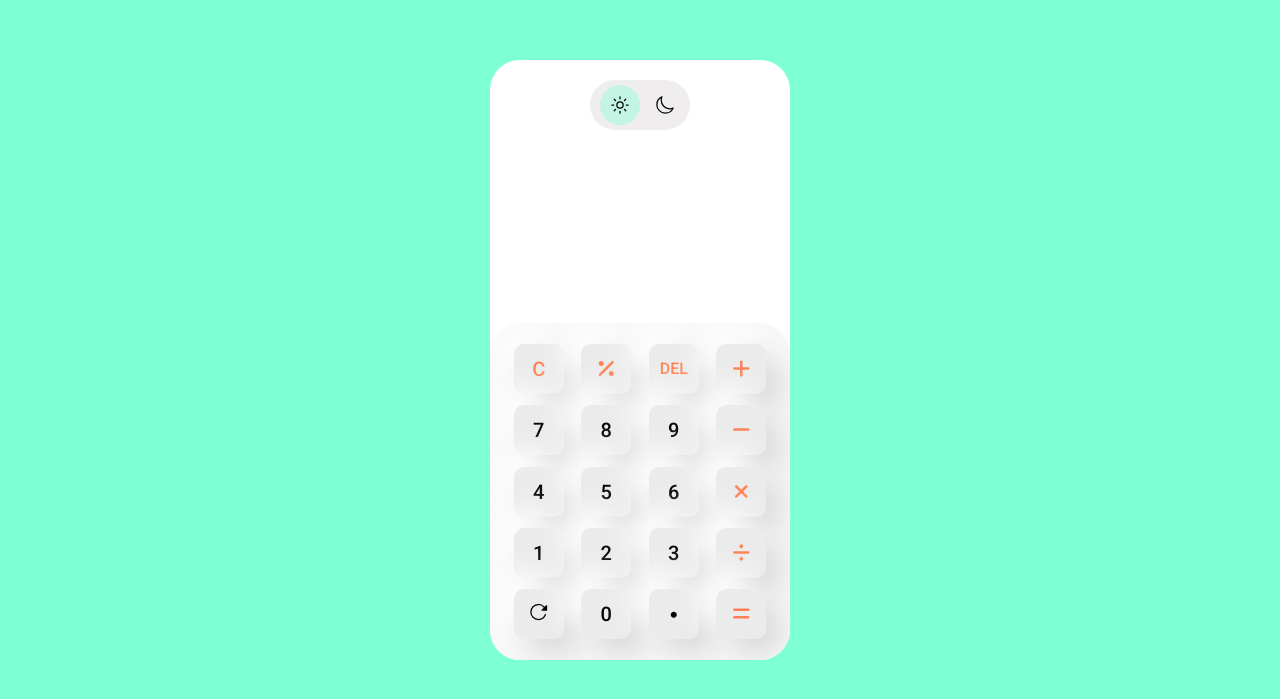
Repository: dinhtri123/caculator-app
Page: index.html
The author's editor kept a copy of each file at every save. The page is drawn from the files as they stood at one save, then again after a run of saves.
The browser window is 1280 px wide. The pictures show the whole page.

Above is the page before, as saved 2023-01-03 21:11:09.

### index.html
<!DOCTYPE html>
<html lang="en" data-theme="light">
  <head>
    <meta charset="UTF-8" />
    <meta http-equiv="X-UA-Compatible" content="IE=edge" />
    <meta name="viewport" content="width=device-width, initial-scale=1.0" />
    <title>Caculator App</title>
    <script
      type="module"
      src="https://unpkg.com/ionicons@5.5.2/dist/ionicons/ionicons.esm.js"
    ></script>
    <script
      nomodule
      src="https://unpkg.com/ionicons@5.5.2/dist/ionicons/ionicons.js"
    ></script>
    <link
      rel="stylesheet"
      href="https://cdnjs.cloudflare.com/ajax/libs/font-awesome/6.2.1/css/all.min.css"
      integrity="sha512-MV7K8+y+gLIBoVD59lQIYicR65iaqukzvf/nwasF0nqhPay5w/9lJmVM2hMDcnK1OnMGCdVK+iQrJ7lzPJQd1w=="
      crossorigin="anonymous"
      referrerpolicy="no-referrer"
    />
    <link rel="stylesheet" href="style.css" />
  </head>
  <body>
    <div class="wrapper">
      <div class="mode">
        <div class="button-mode light active-mode">
          <ion-icon name="sunny-outline" class="icon-mode"></ion-icon>
        </div>
        <div class="button-mode dark">
          <ion-icon name="moon-outline" class="icon-mode"></ion-icon>
        </div>
      </div>
      <div class="main">
        <div class="display">
          <div class="show"></div>
          <div class="result"></div>
        </div>
        <div class="caculator">
          <div>
            <button class="btn clear operator">C</button>
          </div>
          <div>
            <button value="%" class="btn operator">
              <i class="fa-solid fa-percent"></i>
            </button>
          </div>
          <div>
            <button class="btn delete operator">DEL</button>
          </div>
          <div>
            <button value="+" class="btn">
              <i class="fa-solid fa-plus operator"></i>
            </button>
          </div>
          <div>
            <button value="7" class="btn">7</button>
          </div>
          <div>
            <button value="8" class="btn">8</button>
          </div>
          <div>
            <button value="9" class="btn">9</button>
          </div>
          <div>
            <button value="-" class="btn operator">
              <i class="fa-solid fa-minus"></i>
            </button>
          </div>
          <div>
            <button value="4" class="btn">4</button>
          </div>
          <div>
            <button value="5" class="btn">5</button>
          </div>
          <div>
            <button value="6" class="btn">6</button>
          </div>
          <div>
            <button value="*" class="btn operator">
              <i class="fa-solid fa-xmark"></i>
            </button>
          </div>
          <div>
            <button value="1" class="btn">1</button>
          </div>
          <div>
            <button value="2" class="btn">2</button>
          </div>
          <div>
            <button value="3" class="btn">3</button>
          </div>
          <div>
            <button value="/" class="btn operator">
              <i class="fa-solid fa-divide"></i>
            </button>
          </div>
          <div>
            <button class="undo">
              <ion-icon name="reload-outline"></ion-icon>
            </button>
          </div>
          <div>
            <button value="0" class="btn">0</button>
          </div>
          <div>
            <button class="btn dot" value=".">
              <i class="fa-solid fa-circle"></i>
            </button>
          </div>
          <div>
            <button class="btn equal operator">
              <i class="fa-solid fa-equals"></i>
            </button>
          </div>
        </div>
      </div>
    </div>
  </body>
  <script src="index.js"></script>
</html>

### style.css
@import url("https://fonts.googleapis.com/css2?family=Roboto:wght@100;300;400;500;700&display=swap");
* {
  margin: 0;
  padding: 0;
  box-sizing: border-box;
  font-family: "Roboto", sans-serif;
}
body {
  width: 100%;
  min-height: 100vh;
  height: 100%;
  background-color: aquamarine;
  font-size: 16px;
  line-height: 1.5;
  font-weight: 400;
  display: flex;
  justify-content: center;
  align-items: center;
}
.wrapper {
  max-width: 300px;
  width: 100%;
  height: 600px;
  background: white;
  border-radius: 30px;
  position: relative;
  overflow: hidden;
}
.mode {
  position: absolute;
  top: 20px;
  left: 50%;
  transform: translateX(-50%);
  width: 100px;
  height: 50px;
  background-color: rgb(239, 237, 237);
  border-radius: 30px;
  padding: 0px 10px;
  display: flex;
  justify-content: space-around;
  align-items: center;
  gap: 5px;
}
.light,
.dark {
  display: flex;
  justify-content: center;
  align-items: center;
  padding: 10px;
  border-radius: 50%;
}
.active-mode {
  background-color: rgba(127, 255, 212, 0.388);
}
.icon-mode {
  font-size: 20px;
  cursor: pointer;
}
.main {
  width: 100%;
  height: 100%;
  display: flex;
  flex-direction: column;
  gap: 40px;
}
.display {
  width: 100%;
  height: 40%;
  display: flex;
  flex-direction: column;
  justify-content: end;
  align-items: flex-end;
  padding: 0px 40px;
}
.show {
  font-size: 20px;
  font-weight: 600;
}
.result {
  font-size: 40px;
  font-weight: 700;
}
.caculator {
  width: 100%;
  height: 60%;
  padding: 15px;
  border-top-left-radius: 30px;
  border-top-right-radius: 30px;
  background-color: rgb(248, 248, 248);
  display: grid;
  grid-template-columns: repeat(4, 1fr);
  justify-content: center;
  align-items: center;
}
.caculator > div {
  display: flex;
  justify-content: center;
  align-items: center;
}
button {
  width: 50px;
  height: 50px;
  border-radius: 10px;
  outline: none;
  border: none;
  background: #ebebeb;
  box-shadow: 15px 15px 30px #d8d8d8, -15px -15px 30px #fefefe;
  font-size: 20px;
  cursor: pointer;
  font-weight: 500;
}
.dot {
  font-size: 6px;
}
.delete {
  font-size: 16px;
}
.operator {
  color: coral;
}

### index.js
// mode
const btnMode = document.querySelectorAll(".button-mode");
for (let i = 0; i < btnMode.length; i++) {
  btnMode[i].addEventListener("click", function () {
    for (let j = 0; j < btnMode.length; j++) {
      btnMode[j].className = btnMode[j].className.replace(" active-mode", "");
    }
    this.className += " active-mode";
  });
}
// caculator
const btn = document.querySelectorAll(".btn");
const result = document.querySelector(".result");
const show = document.querySelector(".show");
const equal = document.querySelector(".equal");
const resetField = document.querySelector(".clear");
const clearOneNumber = document.querySelector(".delete");
const undo = document.querySelector(".undo");


for (let i = 0; i < btn.length; i++) {
  btn[i].addEventListener("click", function () {
    show.textContent += this.value;
  });
}

equal.addEventListener("click", function () {
  const res = show.textContent;
  const output = eval(res);
  result.textContent = output;
  localStorage.setItem("undo", (show.textContent += this.value));
});

clearOneNumber.addEventListener("click", function () {
  let res = show.textContent;
  show.textContent = res.slice(0, -1);
});

resetField.addEventListener("click", function () {
  show.textContent = "";
  result.textContent = "";
});

undo.addEventListener("click", function () {
  let values = localStorage.getItem("undo");
  show.textContent = values;
});

After the next 3 saves:
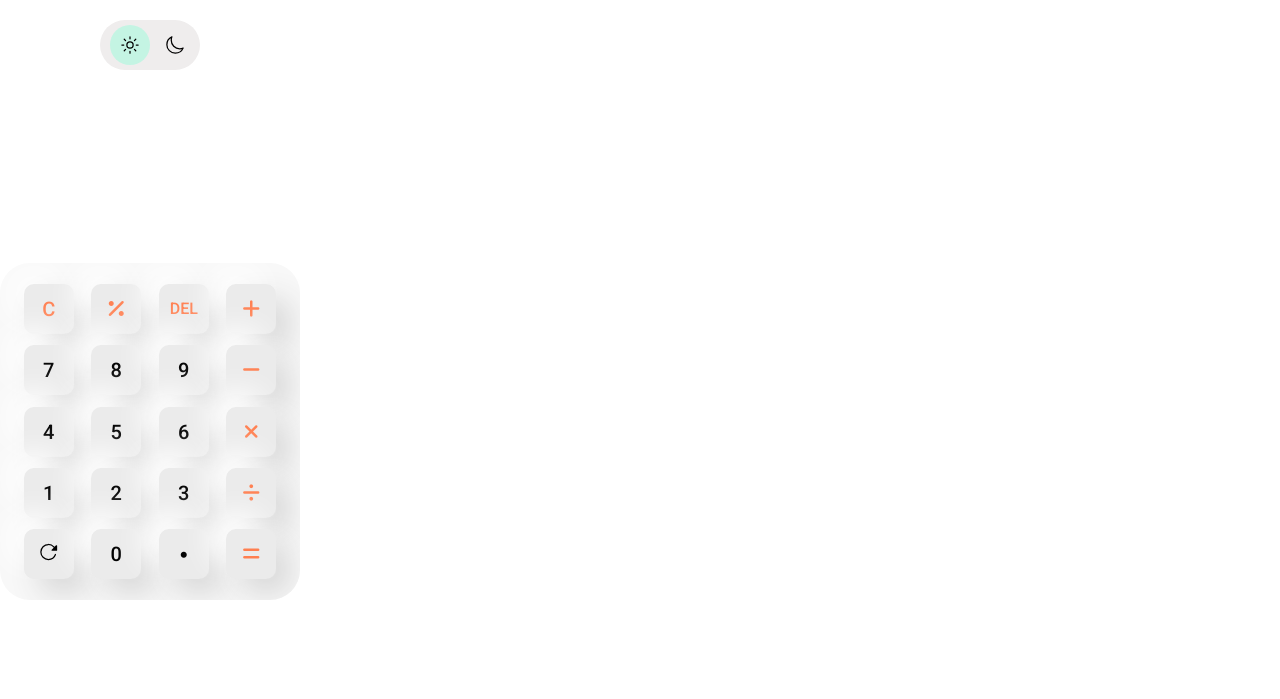
The 3 saves are shown as one change because they came seconds apart.
The last was saved 25 s later.
--- a/style.css
+++ b/style.css
@@ -5,6 +5,7 @@
   box-sizing: border-box;
   font-family: "Roboto", sans-serif;
 }
+html[data]
 body {
   width: 100%;
   min-height: 100vh;

After the 3 saves that followed:
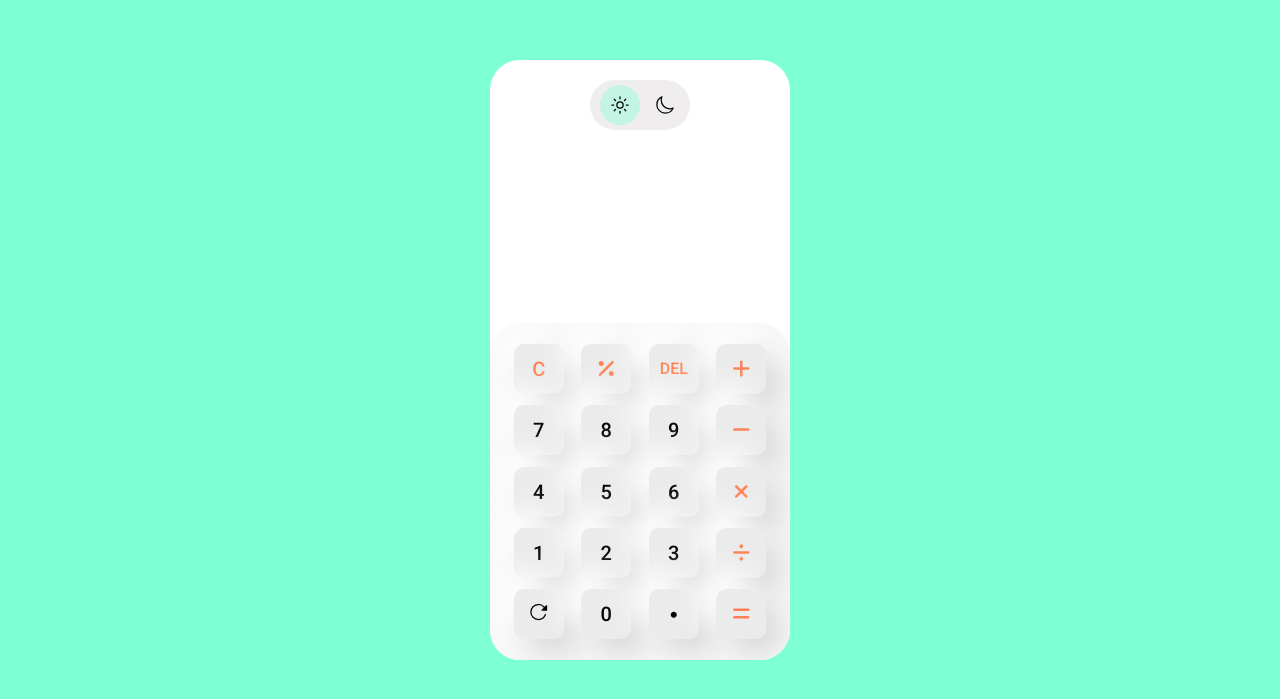
The 3 saves are shown as one change because 1 left the picture as it was and some came seconds apart.
The last was saved 15 s later.
--- a/style.css
+++ b/style.css
@@ -5,7 +5,9 @@
   box-sizing: border-box;
   font-family: "Roboto", sans-serif;
 }
-html[data]
+html[data-theme='dark']{
+
+}
 body {
   width: 100%;
   min-height: 100vh;
